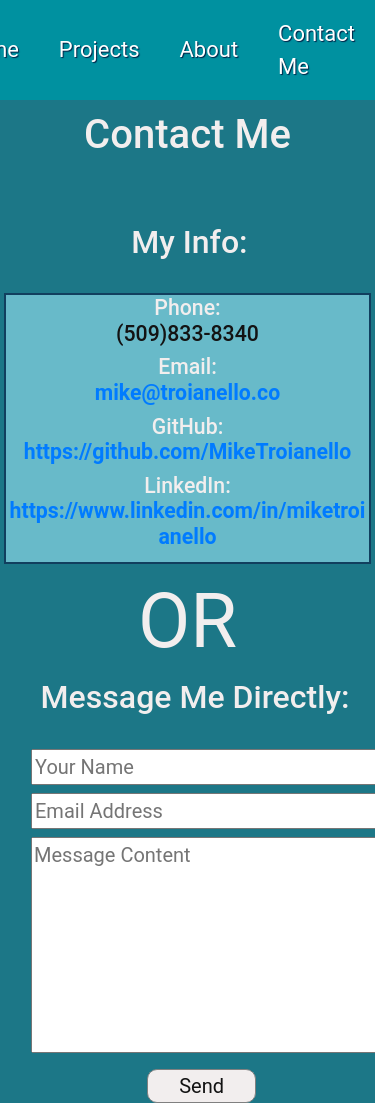
Repository: MikeTroianello/troianello
Page: /contact
The author's editor kept a copy of each file at every save. The page is drawn from the files as they stood at one save, then again after the next save.
The browser window is 375 px wide. The pictures show the whole page.
The project was rebuilt for these pictures with package versions that can differ from the ones it lists, and the page was loaded fresh each time. Also part of the build but not shown: src/components/context-sensitive/Greet.js, src/components/locations/Home.js, src/components/locations/About/About.css, src/components/locations/About/AboutMobile.css, src/components/locations/About/About.js, src/components/cards/RainbowDay.js, src/components/cards/CanvasBubbles.js, src/components/cards/projectCard.css and 4 more.

Above is the page before, as saved 2019-08-03 12:56:41.

### public/index.html
<!DOCTYPE html>
<html lang="en">
  <head>
    <meta charset="utf-8" />
    <link rel="shortcut icon" href="%PUBLIC_URL%/favicon.ico" />
    <meta name="viewport" content="width=device-width, initial-scale=1" />
    <meta name="theme-color" content="#000000" />
    <!--
      manifest.json provides metadata used when your web app is installed on a
      user's mobile device or desktop. See https://developers.google.com/web/fundamentals/web-app-manifest/
    -->
    <link rel="manifest" href="%PUBLIC_URL%/manifest.json" />
    <!--
      Notice the use of %PUBLIC_URL% in the tags above.
      It will be replaced with the URL of the `public` folder during the build.
      Only files inside the `public` folder can be referenced from the HTML.

      Unlike "/favicon.ico" or "favicon.ico", "%PUBLIC_URL%/favicon.ico" will
      work correctly both with client-side routing and a non-root public URL.
      Learn how to configure a non-root public URL by running `npm run build`.
    -->
    <title>MIKE TROIANELLO</title>
  </head>
  <body>
    <noscript>You need to enable JavaScript to run this app.</noscript>
    <div id="root"></div>
  </body>
</html>

### src/App.js
import React, { Component } from 'react';
import { BrowserRouter as Router, Route, Switch } from 'react-router-dom';
import Header from './components/Header';
import Home from './components/locations/Home';
import About from './components/locations/About/About';
import Projects from './components/locations/Projects';
import Contact from './components/locations/Contact/Contact';
import NotFound from './components/locations/NotFound';
import Greet from './components/context-sensitive/Greet.js';
import './App.css';

class App extends Component {
  // state = {
  //   header: '',
  //   hours: new Date().getHours()
  // };

  // componentDidMount() {
  //   window.addEventListener('scroll', this.handleScroll);
  // }

  // componentWillUnmount() {
  //   window.removeEventListener('scroll', this.handleScroll);
  // }

  // handleScroll = event => {
  //   let scrollTop = event.srcElement.body.scrollTop;
  //   console.log(window.scrollY);
  //   // if(window.scrollY > 200 && this.state.header) {
  //   if (window.scrollY < 88) {
  //     this.setState({ header: '' });
  //     console.log(this.state.header);
  //   }
  //   if (window.scrollY > 88 && window.scrollY < 502) {
  //     this.setState({ header: <Greet classname='header-greet' /> });
  //     console.log(this.state.header);
  //   }
  //   if (window.scrollY > 503 && window.scrollY < 1266) {
  //     this.setState({ header: 'My Projects' });
  //     console.log(this.state.header);
  //   }
  //   if (window.scrollY > 1267) {
  //     this.setState({ header: 'About Me' });
  //     console.log(this.state.header);
  //   }
  // };

  render() {
    return (
      <div className='App'>
        <Router>
          {/* <Header showHeader={this.state.header} /> */}
          <Header />
          <div>
            <Switch>
              <Route exact path='/' component={Home} />
              <Route exact path='/about' component={About} />
              <Route exact path='/projects' component={Projects} />
              <Route exact path='/contact' component={Contact} />
              <Route component={NotFound} />
            </Switch>
          </div>
        </Router>
      </div>
    );
  }
}

export default App;

### src/components/Header.js
import React, { Component } from 'react';
import { Link } from 'react-router-dom';
import Greet from '../components/context-sensitive/Greet.js';

export default class Header extends Component {
  render() {
    // let headerClass = this.props.showHeader ? 'header' : 'header transition';
    // if(this.props.showHeader == "time"){
    //   this.props.showHeader = <Greet/>
    // }
    /* <div className={headerClass}> */
    return (
      <div className='header'>
        <div className='links'>
          {/* <div className='logo'>
            <Link to='/'>Mt</Link>
          </div> */}
          <Link to='/' className='logo-2'>
            <h1 className='mt-logo'>Mt</h1>
          </Link>
          <div>{this.props.showHeader}</div>

          <div className='individual-link'>
            <Link to='/'>Home</Link>
          </div>
          <div className='individual-link'>
            <Link to='/projects'>Projects</Link>
          </div>
          <div className='individual-link'>
            <Link to='/about'>About</Link>
          </div>
          <div className='individual-link test'>
            <Link to='/contact'>Contact Me</Link>
          </div>
        </div>
      </div>
    );
  }
}

### src/components/locations/Contact/Contact.js
import React from 'react';
import './Contact.css';
import './ContactMobile.css';

export default function Contact() {
  return (
    <div className='contact-page'>
      <h1 className='contact-center'>Contact Me</h1>
      <div className='row'>
        <div className='col-sm-5 contact-side-one'>
          <h2 className='contact-center-one'>My Info:</h2>
          <div className='contact-side-one-box'>
            <h3>
              Phone:
              <br />
              <span className='contact-number'>(509)833-8340</span>
            </h3>
            <h3>
              <h3>
                Email:
                <br />
                <strong>
                  <a
                    href='mailto:mike@troianello.co'
                    target='_blank'
                    rel='noopener noreferrer'
                  >
                    mike@troianello.co
                  </a>
                </strong>
              </h3>
              GitHub:
              <br />
              <strong>
                <a
                  href='https://github.com/MikeTroianello'
                  target='_blank'
                  rel='noopener noreferrer'
                >
                  https://github.com/MikeTroianello
                </a>
                <br />
              </strong>
            </h3>
            <h3>
              LinkedIn: <br />
              <strong>
                <a
                  href='https://www.linkedin.com/in/miketroianello'
                  target='_blank'
                  rel='noopener noreferrer'
                >
                  https://www.linkedin.com/in/miketroianello
                </a>
              </strong>
            </h3>
          </div>
        </div>
        <div className='col-sm-2 or'>OR</div>
        <div className='col-sm-5 contact-side-two'>
          <h2 className='contact-center-two'>Message Me Directly:</h2>
          <form
            className='contact-message'
            action='https://formspree.io/mike@troianello.co'
            method='POST'
          >
            <label>
              <input
                type='name'
                name='name'
                className='contact-message-input'
                placeholder='Your Name'
              />
            </label>
            <label>
              <input
                type='email'
                name='email'
                className='contact-message-input'
                placeholder='Email Address'
              />
            </label>
            <label>
              <textarea
                rows='7'
                name='content'
                className='contact-message-input'
                placeholder='Message Content'
              />
            </label>
            <button className='contact-button'>Send</button>
          </form>
        </div>
      </div>
    </div>
  );
}

### src/App.css
:root {
  --off-black: #131313;
  --off-white: #f2eeee;
}

.App {
  font-family: 'roboto';
}
@import url('https://fonts.googleapis.com/css?family=Chivo&display=swap');
@import url('https://fonts.googleapis.com/css?family=Roboto&display=swap');
@import url('https://fonts.googleapis.com/css?family=Exo+2:800&display=swap');

.App-header {
  background-color: #282c34;
  min-height: 100vh;
  display: flex;
  flex-direction: column;
  /* align-items: center; */
  justify-content: center;
  font-size: calc(10px + 2vmin);
  /* color: white; */
}

/* .App-link {
  color: #61dafb;
} */

body {
  padding-top: 47px;
}

div {
  font-size: 20px;
}

p {
  margin-left: 4em;
  color: var(--off-black);
}

/* HEADER */

.header {
  background-color: #0091a0;
  /* background-color: #192e6c; */
  overflow: hidden;
  position: fixed;
  top: 0;
  width: 100%;
  height: 100px;
  z-index: 1;
  transition: all 0.5s;
}

.header.transition {
  transition: all 0.5s;
}

.header a {
  text-decoration: none;
  font-family: 'roboto';
  color: white;
  text-shadow: 1px 1px 1px #002145;
  font-size: 1.1em;
}

/* HOME PAGE */

/* .home-bg {
  height: 300vh;
} */

.link {
  margin-left: 15em;
}

.link a {
  color: var(--off-white);
  background-color: #0091a0;
  border-style: solid;
  border-color: #a2d7dc;
  border-width: 2px;
  font-size: 1.75em;
  padding: 0.5em;
  /* border-radius: 5px; */
}

.home-top {
  background-color: #0091a0;
  height: 65vh;
  width: 100%;
  transform: skewY(-5deg);
  margin-top: -5vh;
  padding: 0;
}

.home-top h1 {
  text-align: center;
  color: var(--off-white);
  font-size: 5em;
  padding-left: 0.6em;
  padding-top: 0.8em;
  margin-bottom: 0;
  padding-bottom: 0;
  transform: skewY(5deg);
  text-shadow: 1px 1px 1px #007783;
}

.home-top h2 {
  text-align: center;
  color: var(--off-white);
  padding-left: 0.6em;
  margin-bottom: 0;
  padding-bottom: 0;
  transform: skewY(5deg);
  text-shadow: 1px 1px 1px #007783;
}

.home-typewriter-setup {
  /* position: relative;
    width: 29em;
    margin: 0 auto;
    text-align: center;
    white-space: nowrap;
    overflow: hidden; */
  position: relative;
  width: 24em;
  margin: 10vh auto;
  border-right: 3px solid rgba(255, 255, 255, 0.75);
  font-size: 180%;
  text-align: center;
  white-space: nowrap;
  overflow: hidden;
}

.home-typewriter-animation {
  animation: typewriter 4s steps(65) 1s 1 normal both,
    blinkTextCursor 1000ms steps(40) infinite normal;
}

@keyframes typewriter {
  from {
    width: 0;
  }
  to {
    width: 29.5em;
  }
}
@keyframes blinkTextCursor {
  from {
    border-right-color: rgba(255, 255, 255, 0.75);
  }
  to {
    border-right-color: transparent;
  }
}

.home-fade1 {
  height: 2vh;
  width: 100%;
  background-color: #a2d7dc;
  transform: skewY(-5deg);
  margin-top: -1vh;
}

.home-fade2 {
  height: 1vh;
  width: 100%;
  background-color: #e1e3e5;
  /* margin-top: -1vh; */
}

.home-about {
  height: 105vh;
  background: url('./components/images/pics/album-pics/thumbnail-3.jpg')
    no-repeat;
  background-size: 100% auto;
  background-position: 0 -30vh;
  /* background-repeat: no-repeat; */
  /* background-color: #909a9f; */
}

.home-about h1 {
  color: var(--off-white);
  font-size: 4.25em;
  margin-left: 1.25em;
}

.home-projects {
  font-size: 2em;
  padding-top: 1em;
  height: 110vh;
}

.home-projects h1 {
  color: var(--off-black);
  font-size: 2em;
  text-align: center;
}

.home-album-text {
  mix-blend-mode: difference;

  /* mix-blend-mode: exclusion; */
}

.home-contact {
  height: 50vh;
}

.home-contact h1 {
  font-size: 4.5em;
  margin-left: 1em;
  color: var(--off-white);
}

/* PROJECTS PAGE */

.projects {
  background-color: #1c7787;
  color: var(--off-white);
  /* height: 104vh; */
  /* margin-top: -3em; */
  padding-top: 3em;
  overflow: hidden;
  min-height: 97.45vh;
}

.project-box {
  display: flex;
  flex-wrap: wrap;
  justify-content: space-around;
  text-decoration: none;
  /* margin: 1vh 0; */
}

/* .project-box :hover {
  background: rgba(0, 0, 0, 1);
} */

.projects-title {
  text-align: center;
}

.projects-technologies {
  padding: 10vh 0 0 1.33vw;
  background-color: #1c7787;
  border-right: 1.5px solid black;
}

/* COLOR SCHEME REMAINING CLASSES DON'T DELETE YET!!!! */

/* .container-fluid {
  height: 500px;
} */

/* .row {
  height: 500px;
} */

.links {
  display: flex;
  justify-content: flex-end;
  align-items: center;
}

.individual-link {
  margin: 0 1em;
}

/* logo */

.logo {
  color: white;
  padding: 1px 6px;
  font-size: 1.35em;
  font-weight: bold;
  border-style: solid;
  border-color: White;
  border-width: 2px;
  margin: 20px auto 20px 15px;
}

.logo-2 {
  color: white;
  padding: 1px 6px 0;
  font-weight: bold;
  border-style: solid;
  border-color: White;
  border-width: 2px;
  margin: 20px auto 20px 15px;
}

.mt-logo {
  margin: 3px 0;
}

.react {
  animation-name: spin;
  animation-duration: 35s;
  animation-iteration-count: infinite;
  animation-timing-function: linear;
}

@keyframes spin {
  from {
    transform: rotate(0deg);
  }
  to {
    transform: rotate(360deg);
  }
}

/* table,
th,
td {
  border: 2px solid black;
}

td {
  font-size: 2em;
} */

### src/components/locations/Contact/Contact.css
.contact-page {
  background-color: #1c7787;
  color: var(--off-white);
  /* height: 101.8vh; HERE */
  min-height: 101.8vh;
  overflow: hidden;
  margin-top: -3em;
  padding-top: 3em;
}

.contact-page h1 {
  margin: 8vh;
}

/* .contact-side-one {
  } */

.contact-side-one-box {
  border: 2px solid #113f5e;
  background-color: rgba(137, 215, 229, 0.7);
  text-align: center;
  margin-left: 1vw;
  margin-right: 1vw;
  padding-bottom: 5px;
  word-wrap: break-word;
}

.contact-number {
  color: var(--off-black);
}

.contact-center {
  text-align: center;
  margin-bottom: 4vh;
}

.contact-center-one {
  text-align: center;
  margin-bottom: 4vh;
  margin-left: 1vw;
}

.contact-center-two {
  text-align: center;
  margin-bottom: 4vh;
}

.or {
  margin-bottom: 15vh;
  display: flex;
  justify-content: center;
  align-items: center;
  font-size: 3.8em;
  color: var(--off-white);
}

/* .contact-side-two{
    display: flex;
  } */

.contact-message {
  flex-direction: column;
  /* align-items:center; */
  display: flex;
}

.contact-message-input {
  width: 90%;
}

.contact-button {
  width: 30%;
  border: 1px solid gray;
  border-radius: 10px;
  color: var(--off-black);
  background: var(--off-white);
  margin-left: 32%;
}

### src/components/locations/Contact/ContactMobile.css
@media (max-width: 425px) {
  .contact-page {
    min-height: 101.8vh;
    overflow: hidden;
    margin-top: -3em;
    padding-top: 3em;
  }

  .contact-page h1 {
    margin: 8vh;
  }

  .contact-page h3 {
    font-size: 1.33rem;
  }

  /* .contact-side-one {
  } */

  .contact-side-one-box {
    border: 2px solid #113f5e;
    background-color: rgba(137, 215, 229, 0.7);
    text-align: center;
    margin-left: 1vw;
    margin-right: 1vw;
    padding-bottom: 5px;
    word-wrap: break-word;
  }

  .contact-number {
    color: var(--off-black);
  }

  .contact-center {
    text-align: center;
    margin-bottom: 4vh;
  }

  .contact-center-one {
    text-align: center;
    margin-bottom: 4vh;
    margin-left: 1vw;
  }

  .contact-center-two {
    text-align: center;
    margin-bottom: 4vh;
  }

  .or {
    margin-bottom: 0 !important;
    display: flex;
    justify-content: center;
    align-items: center;
    font-size: 3.8em;
    color: var(--off-white);
  }

  .contact-side-two {
    padding-right: 0;
  }

  .contact-message {
    margin: 0 -4px 0 31px;
  }

  .contact-message-input {
    width: 98%;
    /* margin-left: 1%; */
  }

  .contact-button {
    width: 30%;
    border: 1px solid gray;
    border-radius: 10px;
    color: var(--off-black);
    background: var(--off-white);
    margin-left: 32%;
  }
}

Loaded but not shown: src/index.js (common file); src/index.css (common file); src/serviceWorker.js (common file)

After the next save:
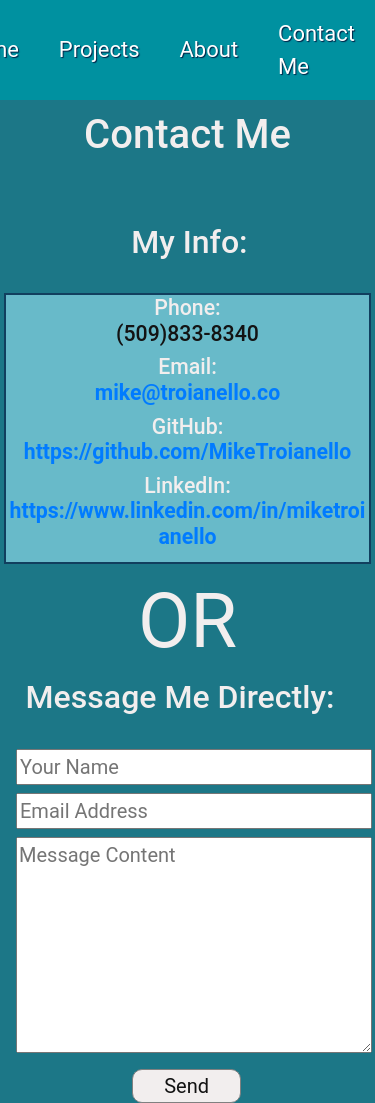
Saved 12 s later.
--- a/src/components/locations/Contact/ContactMobile.css
+++ b/src/components/locations/Contact/ContactMobile.css
@@ -57,7 +57,7 @@
   }
 
   .contact-side-two {
-    padding-right: 0;
+    padding-left: 0;
   }
 
   .contact-message {
